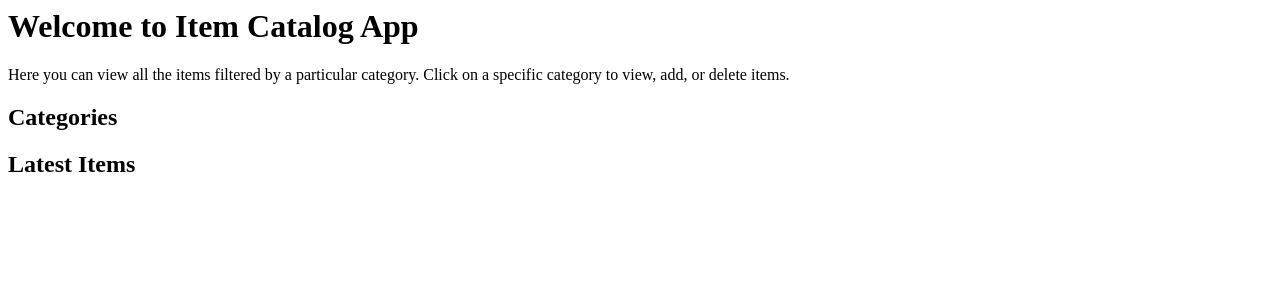
Repository: RakshithHebbar/Udacity_Item_Catalog
Page: templates/index.html
These files come from the project's save history. The page is drawn as it stood at one moment and after the next save; the edit follows.
The browser window is 1280 px wide. The pictures show the whole page.
The template is drawn by Flask 3. The application's start-up code is not run. Other server files are loaded and not shown. The template is opened directly, without the code that normally fills it, so the values that code supplies are empty.

Above is the page before, as saved 2019-12-02 12:09:34.

### templates/index.html
<div class="container sections">
    <div class="row">
        <div class="col-md-12">
            <h1>Welcome to Item Catalog App</h1>
            <p>Here you can view all the items filtered by a particular category. Click on a specific category to view, add, or delete items.
            </p>
        </div>
      </div>
</div>
<div class="container sections">
<div class="row">
    <div class="col-md-3">
        <h2>Categories</h2>
            {% for i in categories %}
                <div class="menu-item">
                    <h3>{{i.name}}</h3>
                </div>
            {% endfor %}
    </div>
    <div class="offset-md-1"></div>
    <div class="col-md-8">
        <h2>Latest Items</h2>
            {% for i in items %}
                <div class="menu-item">
                    <h3>{{i.name}}({{i.category.name}})</h3>
                </div>
            {% endfor %}
    </div>

</div>

After the next save:
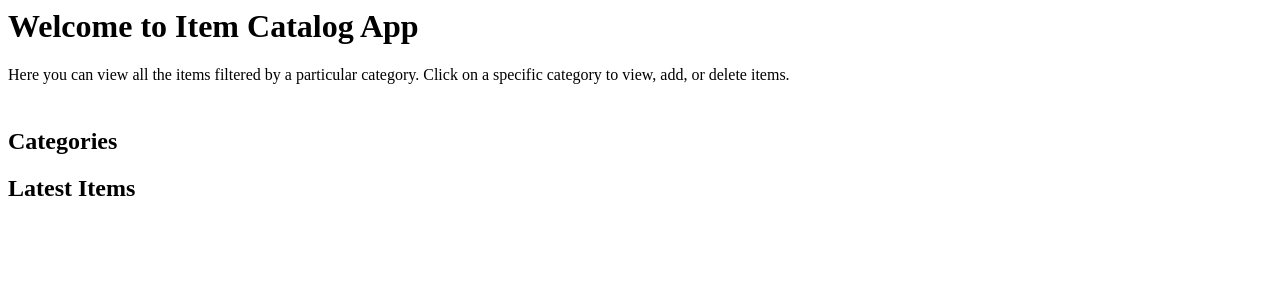
Saved 39 s later.
--- a/templates/index.html
+++ b/templates/index.html
@@ -9,7 +9,7 @@
 </div>
 <div class="container sections">
 <div class="row">
-    <div class="col-md-3">
+    <div class="col-md-3" style="background-color:white; padding-top: 8px;">
         <h2>Categories</h2>
             {% for i in categories %}
                 <div class="menu-item">
